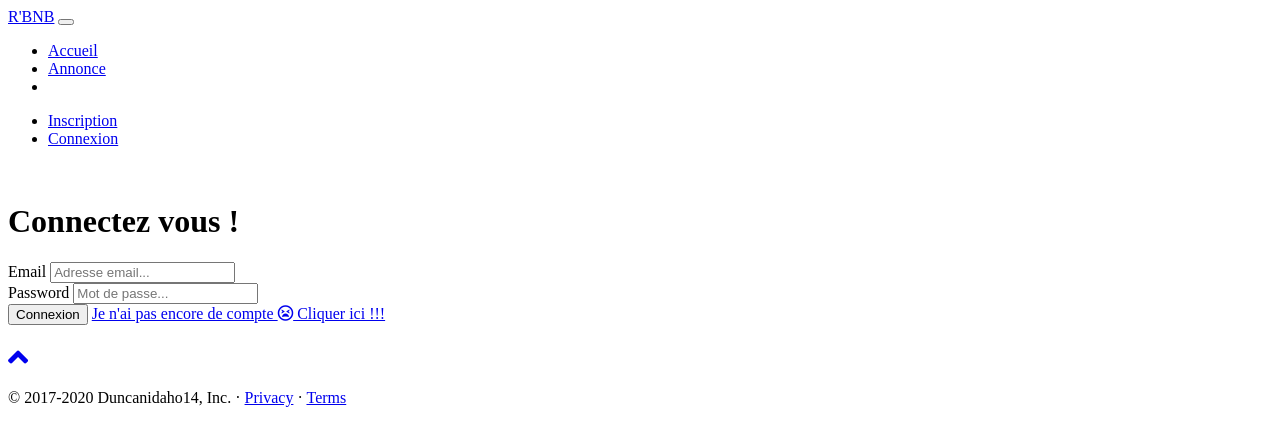
Repository: duncanidaho14/airbnb
Page: templates/account/login.html.twig
These files come from the project's save history. The page is drawn as it stood at one moment and after the next save; the edit follows.
The browser window is 1280 px wide. The pictures show the whole page.
Some web libraries are served in a nearby version. The page is a Twig template of a Symfony application; nobody is signed in and links lead nowhere. The template is opened directly, without the code that normally fills it, so the values that code supplies are empty.

Above is the page before, as saved 2020-10-11 02:20:42.

After the next save:
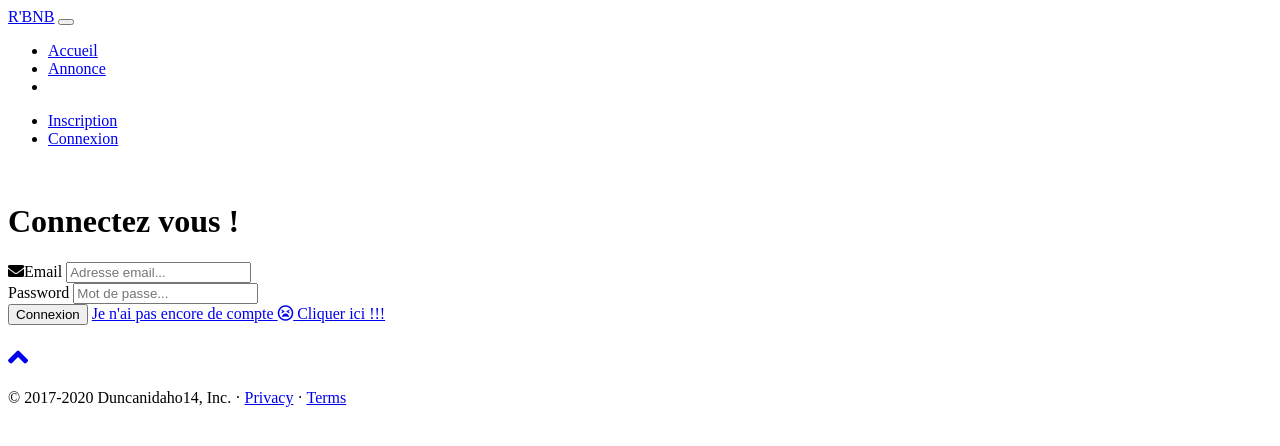
Saved 2 min 29 s later.
--- a/templates/account/login.html.twig
+++ b/templates/account/login.html.twig
@@ -15,7 +15,7 @@
                 {% endif %}
                 <form action="{{path('account_login')}}" method="post">
                     <div class="form-group">
-                        <label for="email">Email</label>
+                        <label for="email"><i class="fas fa-envelope"></i>Email</label>
                         <input type="email" name="_username" id="email" class="form-control" placeholder="Adresse email..." required value="{{username}}">
                     </div>
                     <div class="form-group">
